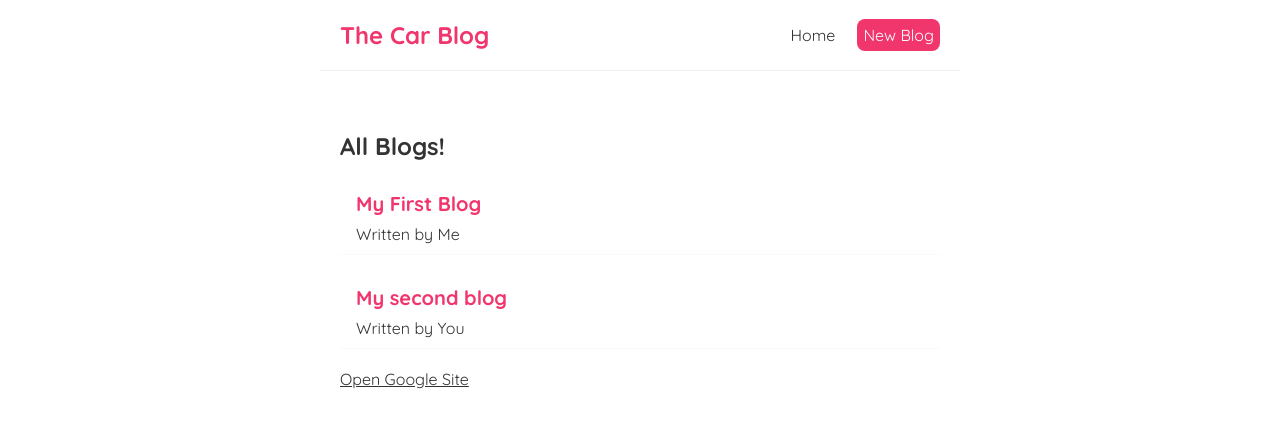
Repository: anuragkej/blogster
Page: /
These files come from the project's save history. The page is drawn as it stood at one moment and after a run of saves; the edit follows.
The browser window is 1280 px wide. The pictures show the whole page.
The project was rebuilt for these pictures with package versions that can differ from the ones it lists, and the page was loaded fresh each time. Requests to the local data server were answered from the project's data file.

Above is the page before, as saved 2024-09-25 22:20:08.

After the next 2 saves:
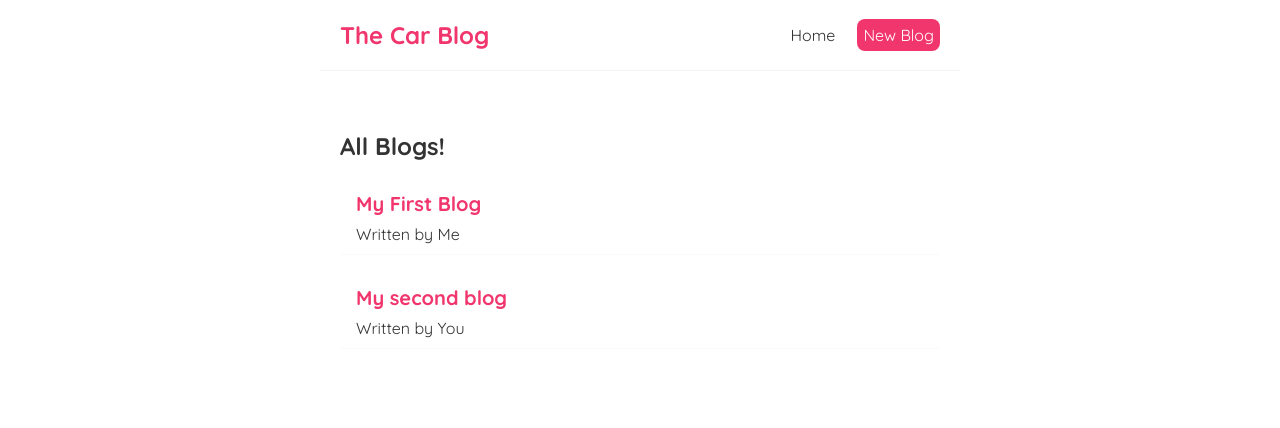
The 2 saves are shown as one change because 1 did not build or start.
The last was saved 2 min 15 s later.
--- a/src/App.js
+++ b/src/App.js
@@ -7,21 +7,19 @@ import {
 } from "react-router-dom/cjs/react-router-dom.min";
 
 function App() {
-  const title = "Welcome to Blogster";
-  const likes = 50;
-  const link = "http://www.google.com";
-
-  // react converts everything to string before outputting to browser, so don't need to worry about typecasting
-
   return (
-    <div className="App">
-      <Navbar></Navbar>
-      <div className="content">
-        <Home />
-
-        <a href={link}>Open Google Site</a>
+    <Router>
+      <div className="App">
+        <Navbar></Navbar>
+        <div className="content">
+          <Switch>
+            <Route path="/">
+              <Home></Home>
+            </Route>
+          </Switch>
+        </div>
       </div>
-    </div>
+    </Router>
   );
 }
 
